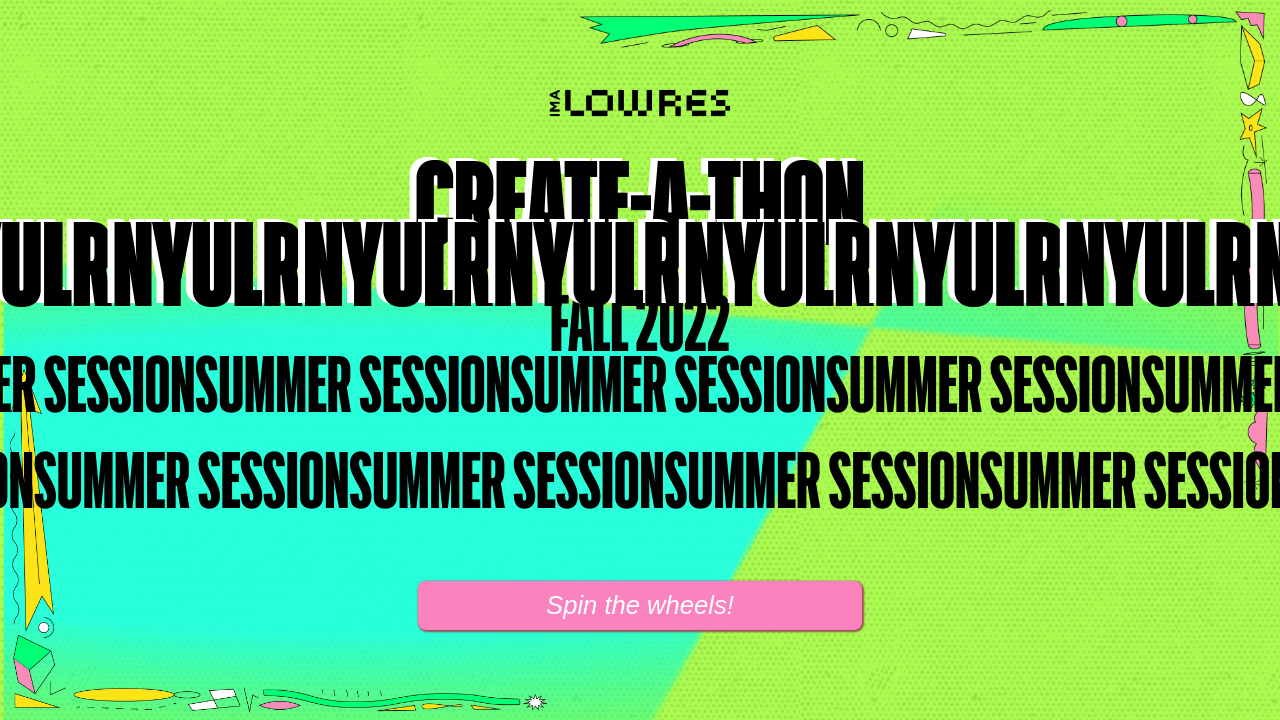
Repository: fakebrianho/IMA-Low-Res-Create-Athon-2022
Page: docs/project-generator/index.html
The author's editor kept a copy of each file at every save. The page is drawn from the files as they stood at one save, then again after the next save.
The browser window is 1280 px wide. The pictures show the whole page.

Above is the page before, as saved 2022-10-26 23:37:13.
Not found: docs/project-generator/libraries/p5.dom.js
Not found: docs/project-generator/libraries/p5.js
Not found: docs/project-generator/libraries/p5.sound.js

After the next save:
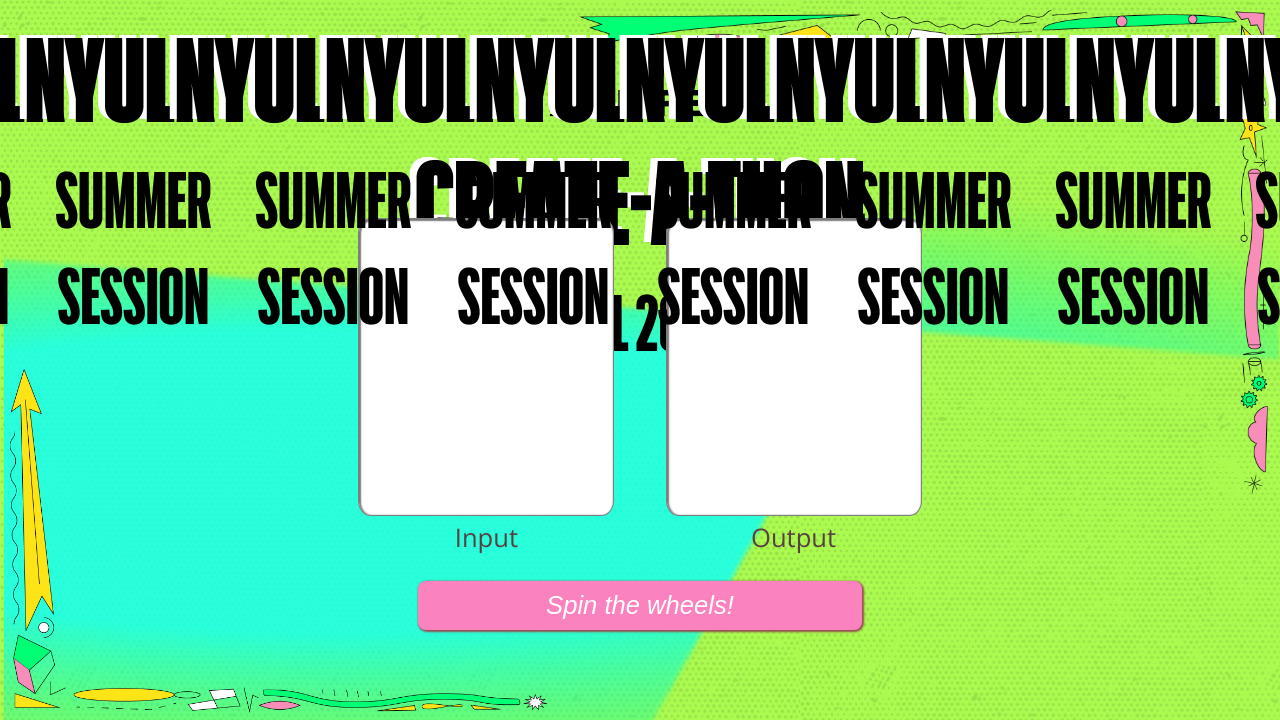
Saved 27 s later.
--- a/docs/project-generator/style.css
+++ b/docs/project-generator/style.css
@@ -53,10 +53,39 @@
 	text-transform: uppercase;
 	font-variation-settings: 'wdth' 100;
 }
+
 #center-container {
 	margin-top: 80px;
 	position: fixed;
 	width: 100vw;
+}
+
+.fakeHeader {
+	position: fixed;
+	top: 8px;
+	left: 0;
+	overflow: hidden;
+	width: 100%;
+	font-size: 16px;
+	font-weight: 800;
+	z-index: 10;
+}
+
+.fakeHeader h1,
+.fakeHeader h2 {
+	display: flex;
+}
+
+h1 span,
+h2 span {
+	width: 150px;
+	display: inline-block;
+	flex: 0 0 auto;
+	/* opacity: 0; */
+}
+
+h2 span {
+	width: 200px;
 }
 
 p {
